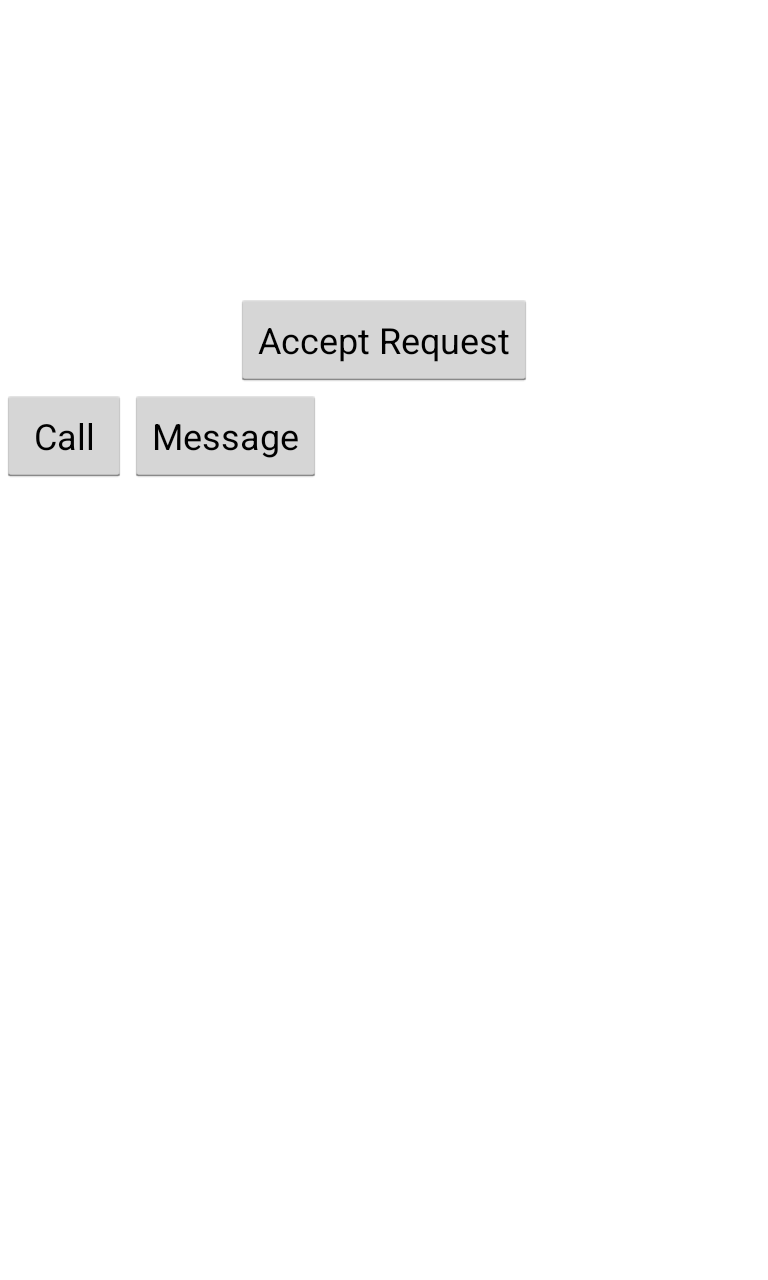
Repository: srivast6/SafeWalk
Layout: android/SafeWalk/res/layout/pop_up.xml
These files come from the project's save history. The layout is drawn as it stood at one moment and after the next save; the edit follows.
It is drawn on a 768 x 1280 px phone screen (xhdpi) without system bars, with theme android:Theme.Holo.Light; the app's code is not run.

Above is the layout before, as saved 2013-11-20 01:30:26.

After the next save:
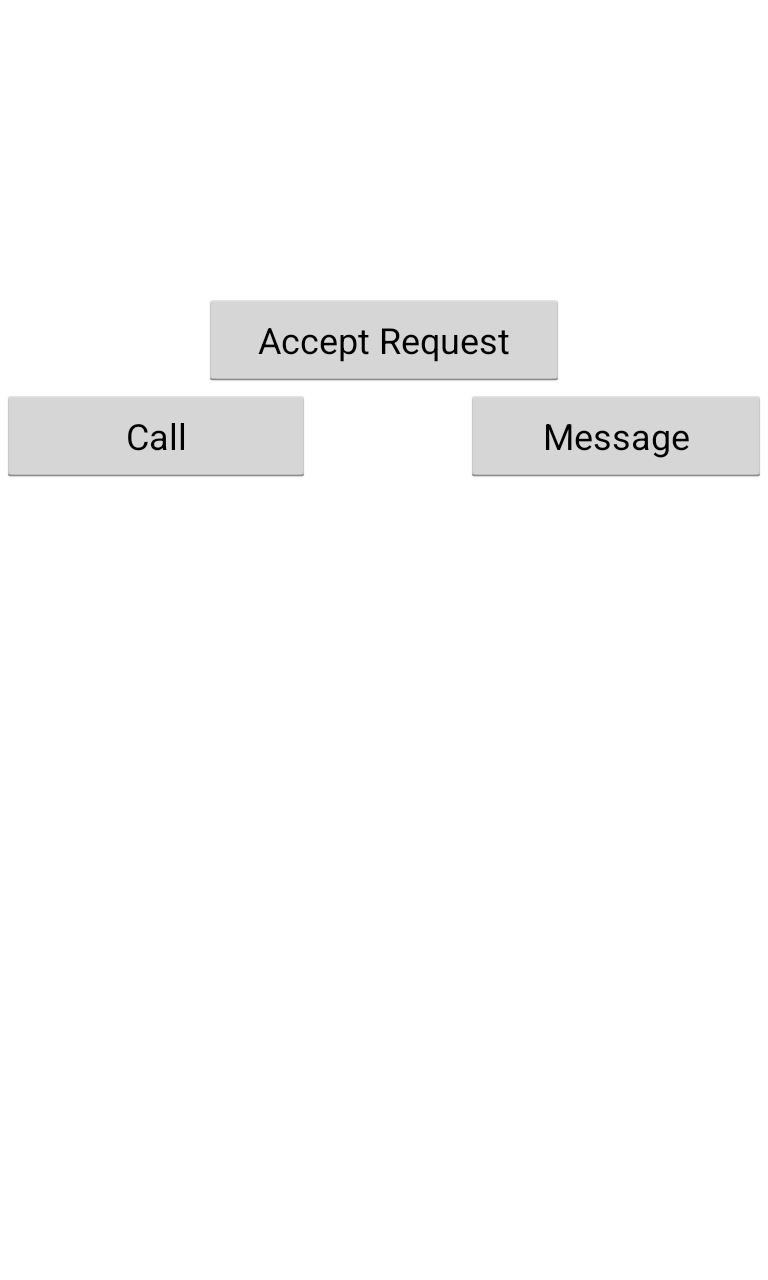
Saved 2 min 2 s later.
--- a/android/SafeWalk/res/layout/pop_up.xml
+++ b/android/SafeWalk/res/layout/pop_up.xml
@@ -14,7 +14,7 @@
 
         <Button
             android:id="@+id/AcceptButton"
-            android:layout_width="wrap_content"
+            android:layout_width="182dp"
             android:layout_height="wrap_content"
             android:layout_marginTop="56dp"
             android:text="Accept Request" />
@@ -25,15 +25,17 @@
         android:layout_width="wrap_content"
         android:layout_height="match_parent"
         android:layout_alignParentBottom="true"
-        android:layout_below="@id/linearLayout1"
-        android:orientation="horizontal" >
+        android:layout_alignTop="@+id/linearLayout3"
+        android:orientation="horizontal"
+        android:layout_height="50dp" >
 
         <Button
             android:id="@+id/callButton"
-            android:layout_width="wrap_content"
+            android:layout_width="156dp"
             android:layout_height="wrap_content"
             android:layout_marginBottom="22dp"
             android:text="Call" />
+
     </LinearLayout>
 
     <LinearLayout
@@ -41,13 +43,13 @@
         android:layout_width="wrap_content"
         android:layout_height="match_parent"
         android:layout_alignParentBottom="true"
-        android:layout_below="@id/linearLayout1"
-        android:layout_toRightOf="@id/linearLayout2"
+        android:layout_alignParentRight="true"
+        android:layout_below="@+id/linearLayout1"
         android:orientation="horizontal" >
 
         <Button
             android:id="@+id/mssgButton"
-            android:layout_width="wrap_content"
+            android:layout_width="152dp"
             android:layout_height="wrap_content"
             android:layout_marginBottom="22dp"
             android:text="Message" />
